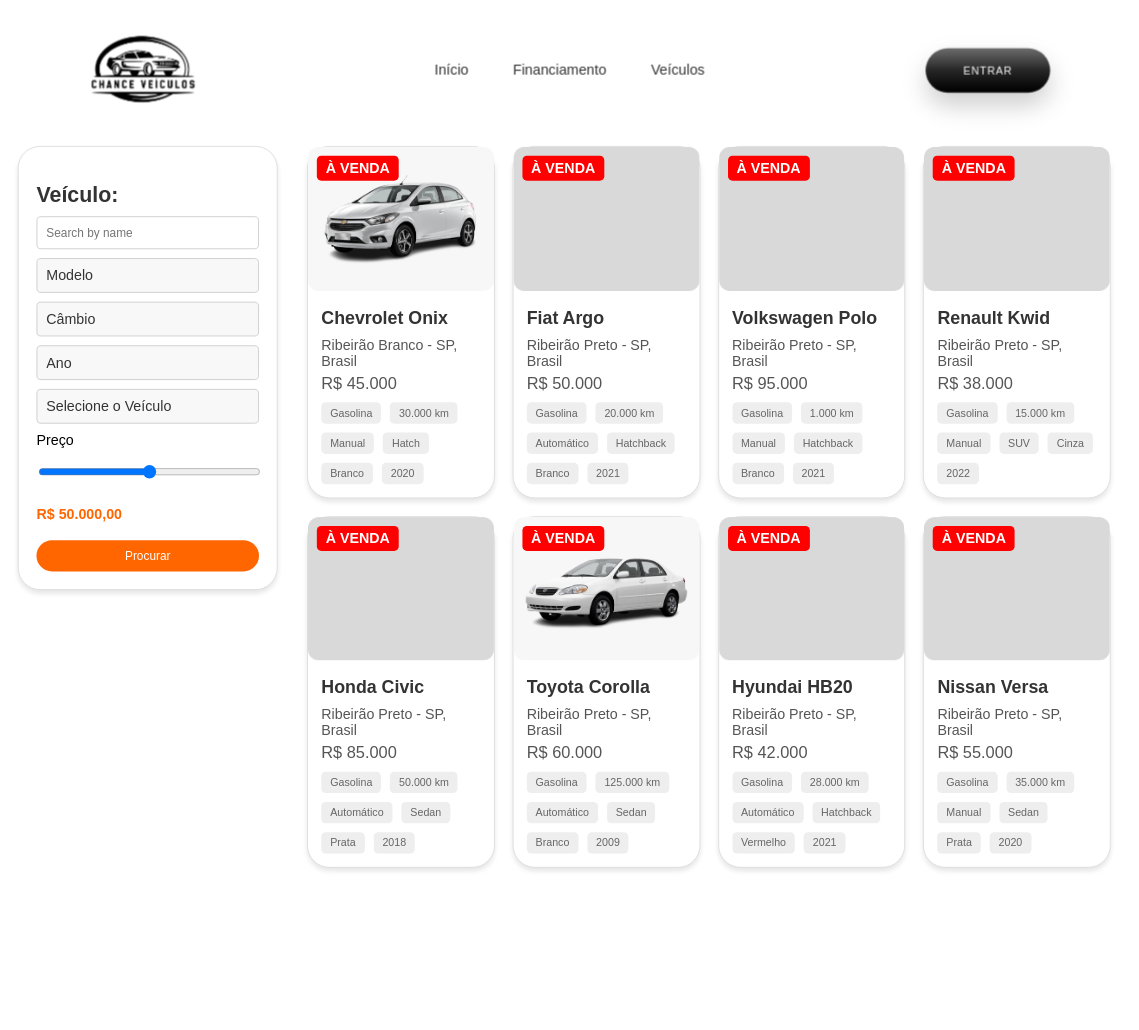
Repository: Matheus904-12/Reforma
Page: veicu.html
These files come from the project's save history. The page is drawn as it stood at one moment and after a run of saves; the edit follows.
The browser window is 1280 px wide. The pictures show the whole page, at 89% of full size.
Some web libraries are served in a nearby version.

Above is the page before, as saved 2024-08-12 20:38:43.
Console error: TypeError: Cannot read properties of undefined (reading 'click')

### veicu.html
<!DOCTYPE html>
<html lang="en">
<head>
    <meta charset="UTF-8">
    <meta name="viewport" content="width=device-width, initial-scale=1.0">
    <title>Veículos - Chance Veículos</title>

    <link rel="stylesheet" href="./CSS/styles5.css">
    <!----- FONT AWESOME CSS FOR ICONS FONTS ------>
    <link rel="stylesheet" href="https://cdnjs.cloudflare.com/ajax/libs/font-awesome/6.2.0/css/all.min.css">
    <script src="https://cdnjs.cloudflare.com/ajax/libs/gsap/3.10.4/gsap.min.js"></script>
</head>
<body>
    <div id="loading-screen">
        <div class="loader"></div>
    </div>
    <header>
        <div class="navbar">
            <div class="logo">
                <img src="imagens/dark.png" alt="Logo da Loja">
            </div>
            <nav class="nav-links">
                <a href="index.html">Início</a>
                <a href="finan.html">Financiamento</a>
                <a href="veicu.html">Veículos</a>
            </nav>
            <button class="btn" id="login-btn">
                <span class="btn-text-one">Entrar</span>
                <span class="btn-text-two">Vamos Lá!</span>
            </button>
        </div>
    </header>
    <br><br><br><br><br><br><br><br>
    <div class="marketplace-container">
        <aside class="sidebar">
            <h2>Veículo:</h2>
            <input type="text" placeholder="Search by name">
            <select name="model">
                <option value="">Modelo</option>
                <option value="Hatch">Hatch</option>
                <option value="Sedan">Sedan</option>
                <option value="SUV">SUV</option>
                <option value="Picape">Picape</option>
                <option value="Perua">Perua</option>
                <option value="Coupé">Coupé</option>
                <option value="Conversível">Conversível</option>
                <option value="Minivan">Minivan</option>
                <option value="Van">Van</option>
                <option value="Utilitário">Utilitário</option>
            </select>

            <select name="cambio">
                <option value="">Câmbio</option>
                <option value="Manual">Manual</option>
                <option value="Automático">Automático</option>
                <option value="Automatizado">Automatizado</option>
                <option value="CVT">CVT</option>
                <option value="Dualogic">Dualogic</option>
            </select>

            <select name="year">
                <option value="">Ano</option>
                <option value="2024">2024</option>
                <option value="2023">2023</option>
                <option value="2022">2022</option>
                <option value="2021">2021</option>
                <option value="2020">2020</option>
                <option value="2019">2019</option>
                <option value="2018">2018</option>
                <option value="2017">2017</option>
                <option value="2016">2016</option>
                <option value="2015">2015</option>
                <option value="2014">2014</option>
                <option value="2013">2013</option>
                <option value="2012">2012</option>
                <option value="2011">2011</option>
                <option value="2010">2010</option>
                <option value="2009">2009</option>
                <option value="2008">2008</option>
                <option value="2007">2007</option>
                <option value="2006">2006</option>
                <option value="2005">2005</option>
            </select>

            <select name="type">
                <option value="">Selecione o Veículo</option>
                <option value="Fiat Argo">Fiat Argo</option>
                <option value="Chevrolet Onix">Chevrolet Onix</option>
                <option value="Volkswagen Gol">Volkswagen Gol</option>
                <option value="Hyundai HB20">Hyundai HB20</option>
                <option value="Renault Kwid">Renault Kwid</option>
                <option value="Ford Ka">Ford Ka</option>
                <option value="Fiat Mobi">Fiat Mobi</option>
                <option value="Toyota Corolla">Toyota Corolla</option>
                <option value="Honda Civic">Honda Civic</option>
                <option value="Jeep Renegade">Jeep Renegade</option>
                <option value="Volkswagen Polo">Volkswagen Polo</option>
                <option value="Nissan Kicks">Nissan Kicks</option>
                <option value="Fiat Toro">Fiat Toro</option>
                <option value="Chevrolet Tracker">Chevrolet Tracker</option>
                <option value="Honda HR-V">Honda HR-V</option>
                <option value="Renault Duster">Renault Duster</option>
                <option value="Volkswagen T-Cross">Volkswagen T-Cross</option>
                <option value="Jeep Compass">Jeep Compass</option>
                <option value="Chevrolet Spin">Chevrolet Spin</option>
                <option value="Toyota Hilux">Toyota Hilux</option>
            </select>

            <div class="price-range">
                <label for="price">Preço</label>
                <input type="range" min="0" max="100000" value="50000" id="price">
                <span id="price-value">50,000 USD</span>
            </div>

            <button class="search-btn">Procurar</button>
        </aside>

        <div class="marketplace">
            <div class="vehicle-card" onclick="window.location.href='#'">
                <div class="image">
                    <img src="veiculos/img7.png" alt="Chevrolet Onix">
                    <div class="for-sale">À VENDA</div>
                </div>
                <div class="details">
                    <h2>Chevrolet Onix</h2>
                    <p>Ribeirão Branco - SP, Brasil</p>
                    <p class="price">R$ 45.000</p>
                    <div class="tags">
                        <span>Gasolina</span>
                        <span>30.000 km</span>
                        <span>Manual</span>
                        <span>Hatch</span>
                        <span>Branco</span>
                        <span>2020</span>
                    </div>
                </div>
            </div>

            <div class="vehicle-card" onclick="window.location.href='#'">
                <div class="image">
                    <img src="imagens/Rectangle 11.png" alt="Fiat Argo">
                    <div class="for-sale">À VENDA</div>
                </div>
                <div class="details">
                    <h2>Fiat Argo</h2>
                    <p>Ribeirão Preto - SP, Brasil</p>
                    <p class="price">R$ 50.000</p>
                    <div class="tags">
                        <span>Gasolina</span>
                        <span>20.000 km</span>
                        <span>Automático</span>
                        <span>Hatchback</span>
                        <span>Branco</span>
                        <span>2021</span>
                    </div>
                </div>
            </div>

            <div class="vehicle-card" onclick="window.location.href='#'">
                <div class="image">
                    <img src="imagens/Rectangle 11.png" alt="Volkswagen Gol">
                    <div class="for-sale">À VENDA</div>
                </div>
                <div class="details">
                    <h2>Volkswagen Polo</h2>
                    <p>Ribeirão Preto - SP, Brasil</p>
                    <p class="price">R$ 95.000</p>
                    <div class="tags">
                        <span>Gasolina</span>
                        <span>1.000 km</span>
                        <span>Manual</span>
                        <span>Hatchback</span>
                        <span>Branco</span>
                        <span>2021</span>
                    </div>
                </div>
            </div>

            <div class="vehicle-card" onclick="window.location.href='#'">
                <div class="image">
                    <img src="imagens/Rectangle 11.png" alt="Renault Kwid">
                    <div class="for-sale">À VENDA</div>
                </div>
                <div class="details">
                    <h2>Renault Kwid</h2>
                    <p>Ribeirão Preto - SP, Brasil</p>
                    <p class="price">R$ 38.000</p>
                    <div class="tags">
                        <span>Gasolina</span>
                        <span>15.000 km</span>
                        <span>Manual</span>
                        <span>SUV</span>
                        <span>Cinza</span>
                        <span>2022</span>
                    </div>
                </div>
            </div>

            <div class="vehicle-card" onclick="window.location.href='#'">
                <div class="image">
                    <img src="imagens/Rectangle 11.png" alt="Honda Civic">
                    <div class="for-sale">À VENDA</div>
                </div>
                <div class="details">
                    <h2>Honda Civic</h2>
                    <p>Ribeirão Preto - SP, Brasil</p>
                    <p class="price">R$ 85.000</p>
                    <div class="tags">
                        <span>Gasolina</span>
                        <span>50.000 km</span>
                        <span>Automático</span>
                        <span>Sedan</span>
                        <span>Prata</span>
                        <span>2018</span>
                    </div>
                </div>
            </div>

            <div class="vehicle-card" onclick="window.location.href='#'">
                <div class="image">
                    <img src="veiculos/img6.png" alt="Toyota Corolla">
                    <div class="for-sale">À VENDA</div>
                </div>
                <div class="details">
                    <h2>Toyota Corolla</h2>
                    <p>Ribeirão Preto - SP, Brasil</p>
                    <p class="price">R$ 60.000</p>
                    <div class="tags">
                        <span>Gasolina</span>
                        <span>125.000 km</span>
                        <span>Automático</span>
                        <span>Sedan</span>
                        <span>Branco</span>
                        <span>2009</span>
                    </div>
                </div>
            </div>

            <div class="vehicle-card" onclick="window.location.href='#'">
                <div class="image">
                    <img src="imagens/Rectangle 11.png" alt="Hyundai HB20">
                    <div class="for-sale">À VENDA</div>
                </div>
                <div class="details">
                    <h2>Hyundai HB20</h2>
                    <p>Ribeirão Preto - SP, Brasil</p>
                    <p class="price">R$ 42.000</p>
                    <div class="tags">
                        <span>Gasolina</span>
                        <span>28.000 km</span>
                        <span>Automático</span>
                        <span>Hatchback</span>
                        <span>Vermelho</span>
                        <span>2021</span>
                    </div>
                </div>
            </div>

            <div class="vehicle-card" onclick="window.location.href='#'">
                <div class="image">
                    <img src="imagens/Rectangle 11.png" alt="Nissan Versa">
                    <div class="for-sale">À VENDA</div>
                </div>
                <div class="details">
                    <h2>Nissan Versa</h2>
                    <p>Ribeirão Preto - SP, Brasil</p>
                    <p class="price">R$ 55.000</p>
                    <div class="tags">
                        <span>Gasolina</span>
                        <span>35.000 km</span>
                        <span>Manual</span>
                        <span>Sedan</span>
                        <span>Prata</span>
                        <span>2020</span>
                    </div>
                </div>
            </div>
        </div>
    </div>
<br><br><br><br><br><br><br><br><br>

    <script src="./JS/script.js"></script>
    <script>
        document.addEventListener("DOMContentLoaded", () => {
            // Remove a tela de carregamento após o carregamento da página
            const loadingScreen = document.getElementById("loading-screen");
            loadingScreen.classList.add("loaded");

            // Animação de surgimento para todos os elementos
            gsap.from(".body, .header, .hero, .servicos, .produto, .navbar, .logo, .nav-links a, .btn, .card, .card__article, .container, .row, .social, .footer, .links,", {
                duration: 1.2,
                opacity: 0,
                y: 50,
                stagger: 0.1,
                ease: "power2.out"
            });

            // Animação para elementos ao rolar a página
            gsap.utils.toArray(".servicos, .produto, .garantia-qualidade").forEach(section => {
                gsap.from(section, {
                    scrollTrigger: {
                        trigger: section,
                        start: "top 80%",
                        end: "bottom 30%",
                        scrub: true
                    },
                    opacity: 0,
                    y: 50,
                    duration: 1
                });
            });
        });

        window.addEventListener("scroll", () => {
            const navbar = document.querySelector(".navbar");
            if (window.scrollY > 50) {
                navbar.classList.add("scrolled");
            } else {
                navbar.classList.remove("scrolled");
            }
        });
    </script>
    <script>
        // Função para formatar o valor como moeda
        function formatCurrency(value) {
            return new Intl.NumberFormat('pt-BR', { style: 'currency', currency: 'BRL' }).format(value);
        }

        // Obter o elemento do input e o span
        const priceInput = document.getElementById('price');
        const priceValue = document.getElementById('price-value');

        // Atualizar o valor exibido
        function updatePrice() {
            const value = parseInt(priceInput.value, 10);
            priceValue.textContent = formatCurrency(value);
        }

        // Adicionar um ouvinte de evento para o input
        priceInput.addEventListener('input', updatePrice);

        // Inicializar o valor no carregamento
        updatePrice();
    </script>
</body>
</html>

Loaded but not shown: JS/script.js (167 lines, source omitted); CSS/styles5.css (545 lines, source omitted)

After the next 3 saves:
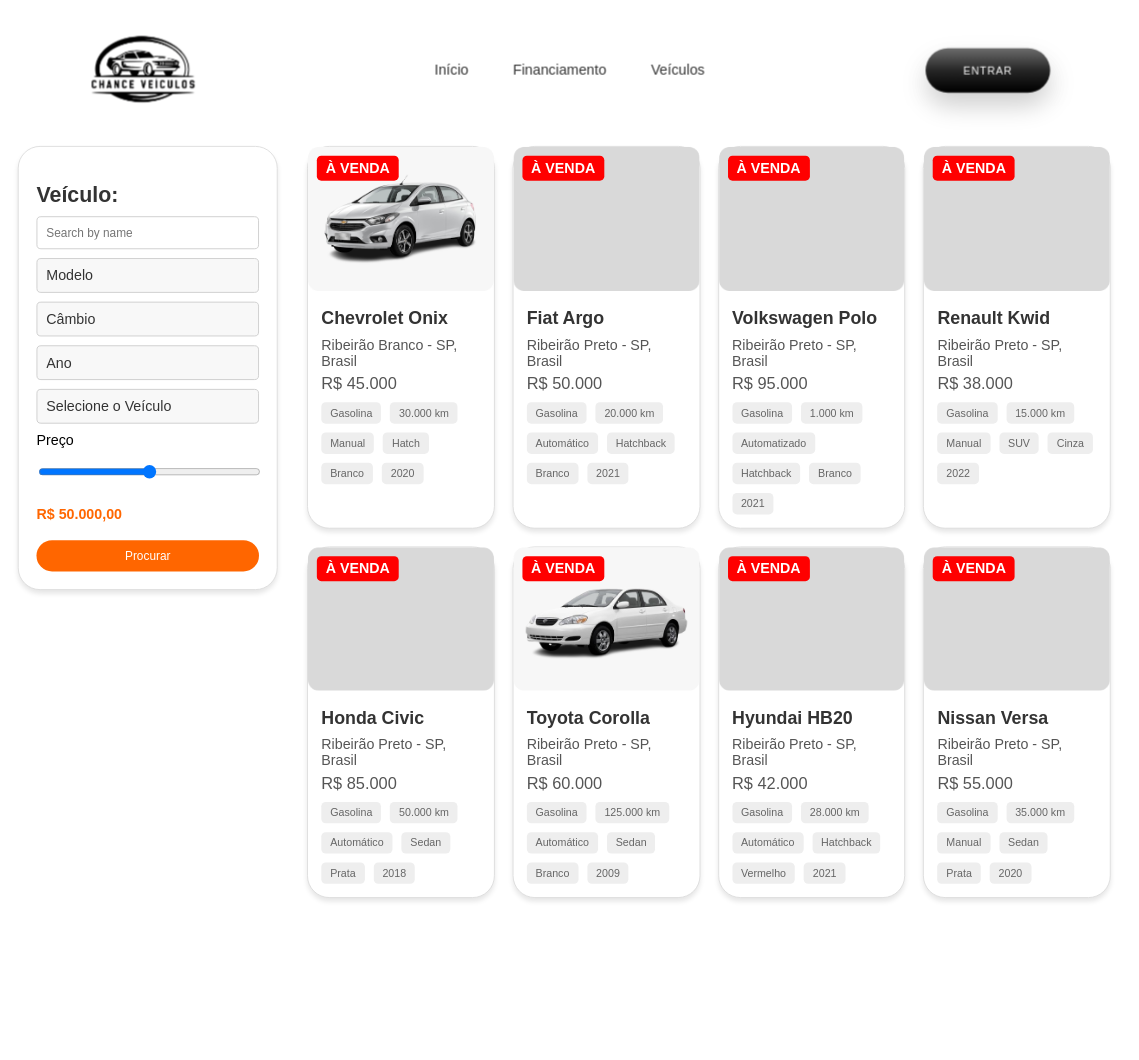
The 3 saves are shown as one change because they came seconds apart.
The last was saved 14 s later.
--- a/veicu.html
+++ b/veicu.html
@@ -168,7 +168,7 @@
                     <div class="tags">
                         <span>Gasolina</span>
                         <span>1.000 km</span>
-                        <span>Manual</span>
+                        <span>Automatizado</span>
                         <span>Hatchback</span>
                         <span>Branco</span>
                         <span>2021</span>

After the 3 saves that followed:
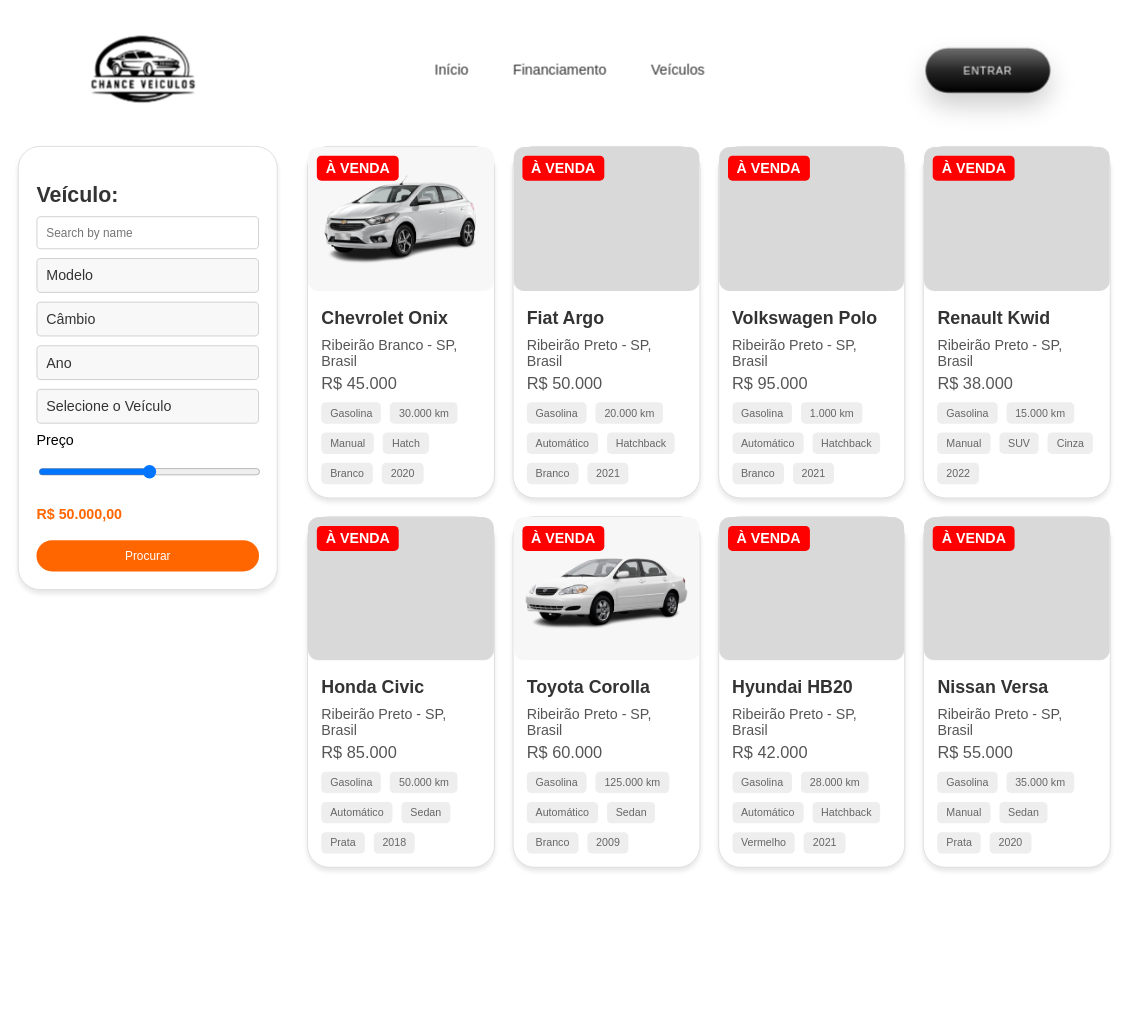
The 3 saves are shown as one change because they came seconds apart.
The last was saved 9 s later.
--- a/veicu.html
+++ b/veicu.html
@@ -168,7 +168,7 @@
                     <div class="tags">
                         <span>Gasolina</span>
                         <span>1.000 km</span>
-                        <span>Automatizado</span>
+                        <span>Automático</span>
                         <span>Hatchback</span>
                         <span>Branco</span>
                         <span>2021</span>
